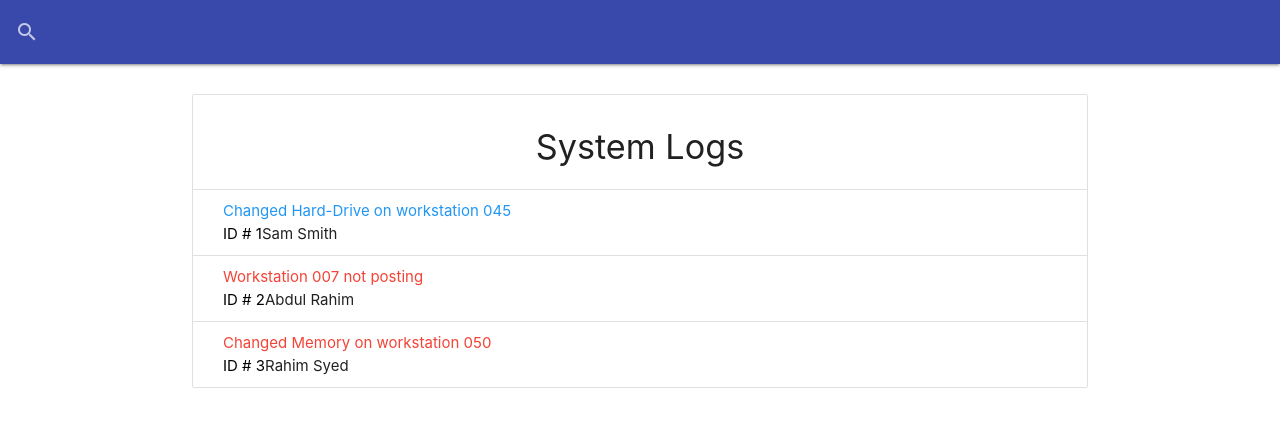
Repository: syedabdulrahim/IT_Logger
Page: /
An editor plug-in stored every save of this project. The page is shown before and after the next save, followed by the edit.
The browser window is 1280 px wide. The pictures show the whole page.
The project was rebuilt for these pictures with package versions that can differ from the ones it lists, and the page was loaded fresh each time. Requests to the local data server were answered from the project's data file. Also part of the build but not shown: src/App.css.

Above is the page before, as saved 2020-10-29 15:54:38.

### src/App.js
import React,{useEffect} from 'react';
import SearchBar from '../src/components/layout/SearchBar';
import Logs from '../src/components/logs/Logs';
// import logo from './logo.svg';
import './App.css';
import 'materialize-css/dist/css/materialize.min.css';
import M from 'materialize-css/dist/js/materialize.min.js';

const App=()=> {

  useEffect(()=>{

    // initilaization of matearalize JS
    M.AutoInit();

  },[])

  return(
    <React.Fragment>
        <SearchBar></SearchBar>
        <div className="container">
          <Logs/>
        </div>
    </React.Fragment>
  );



}



export default App;

### src/components/layout/SearchBar.js
import React from 'react'

const SearchBar = () => {
    return (
        <nav style={{
            marginBottom:'30px'
        }} className="indigo darken-1">
        <div className="nav-wrapper">
          <form>
            <div className="input-field">
              <input id="search" type="search" required/>
              <label className="label-icon" htmlFor="search"><i className="material-icons">search</i></label>
              <i className="material-icons">close</i>
            </div>
          </form>
        </div>
      </nav>
    )
}

export default SearchBar;

### src/components/logs/Logs.js
import React,{useEffect,useState} from 'react'
import LogItem from '../logs/LogItem';

const Logs = (props) => {


    useEffect(()=>{
            getLogs();
    },[])


    const [logs,setLogs]=useState([]);
    const [loading,setLoading]=useState(false);

    const getLogs=async ()=>{

        setLoading(true);
         const res= await fetch('/logs');
         const data= await res.json();

         setLogs(data);
         setLoading(false);

    }

    if(loading){
        return <h4>Loading...</h4>
    }


    return (
        <div>
            <ul className="collection with-header">
                <li className="collection-header">
                    <h4 className="center">System Logs</h4>
                </li>
        {!loading&&logs.length===0?(<p className="center">No Logs to show...</p>):
        (
            logs.map((log)=><LogItem log={log}></LogItem>)
        )}
            </ul>

        </div>
    )
}

export default Logs

### src/components/logs/LogItem.js
import React from 'react'
import moment from 'react-moment';
import PropTypes from 'prop-types'

const LogItem = ({log}) => {
    return (

            <li className="collection-item">
                <div>
                    <a href=""
                     className={`modal-trigger ${log.attention?'red-text':'blue-text'}`}>
                         {log.message}
                    </a>
                    <br/>
                    <span>
                            <span className="black-text">ID # {log.id}</span>
                            {log.tech}
                    </span>
                </div>
            </li>

    )
}

LogItem.propTypes = {

    log:PropTypes.object.isRequired

}

export default LogItem

### db.json
{

    "logs":[

        {
            "id":1,
            "message":"Changed Hard-Drive on workstation 045",
            "attention":false,
            "date":"02-10-2020",
            "tech":"Sam Smith"

    },

    {
            "id":2,
            "message":"Workstation 007 not posting",
            "attention":true,
            "date":"02-11-2020",
            "tech":"Abdul Rahim"

    },


    {
            "id":3,
            "message":"Changed Memory on workstation 050",
            "attention":true,
            "date":"02-11-2020",
            "tech":"Rahim Syed"

    }
],

    "techs":[
        {
            "id":1,
            "firstName":"Sam",
            "lastName":"Smith"
        },
        {
            "id":2,
            "firstName":"Abdul",
            "lastName":"Rahim"
        },
        {
            "id":3,
            "firstName":"Rahim",
            "lastName":"Syed"
        }

    ]
}

Loaded but not shown: public/index.html (common file); src/index.js (common file); src/index.css (common file); src/reportWebVitals.js (common file)

After the next save:
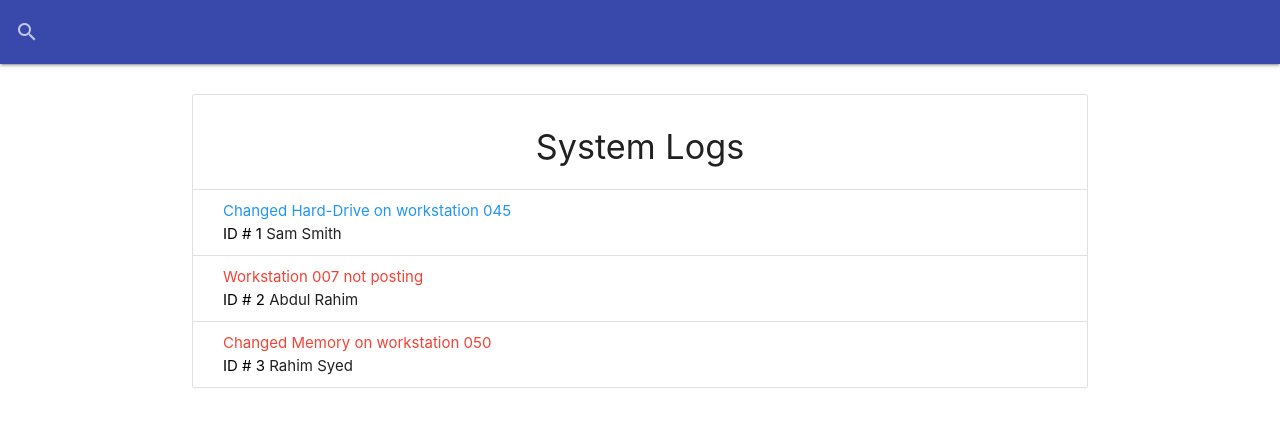
Saved 10 s later.
--- a/src/components/logs/LogItem.js
+++ b/src/components/logs/LogItem.js
@@ -14,7 +14,7 @@ const LogItem = ({log}) => {
                     <br/>
                     <span>
                             <span className="black-text">ID # {log.id}</span>
-                            {log.tech}
+                                {' '}{log.tech}
                     </span>
                 </div>
             </li>
